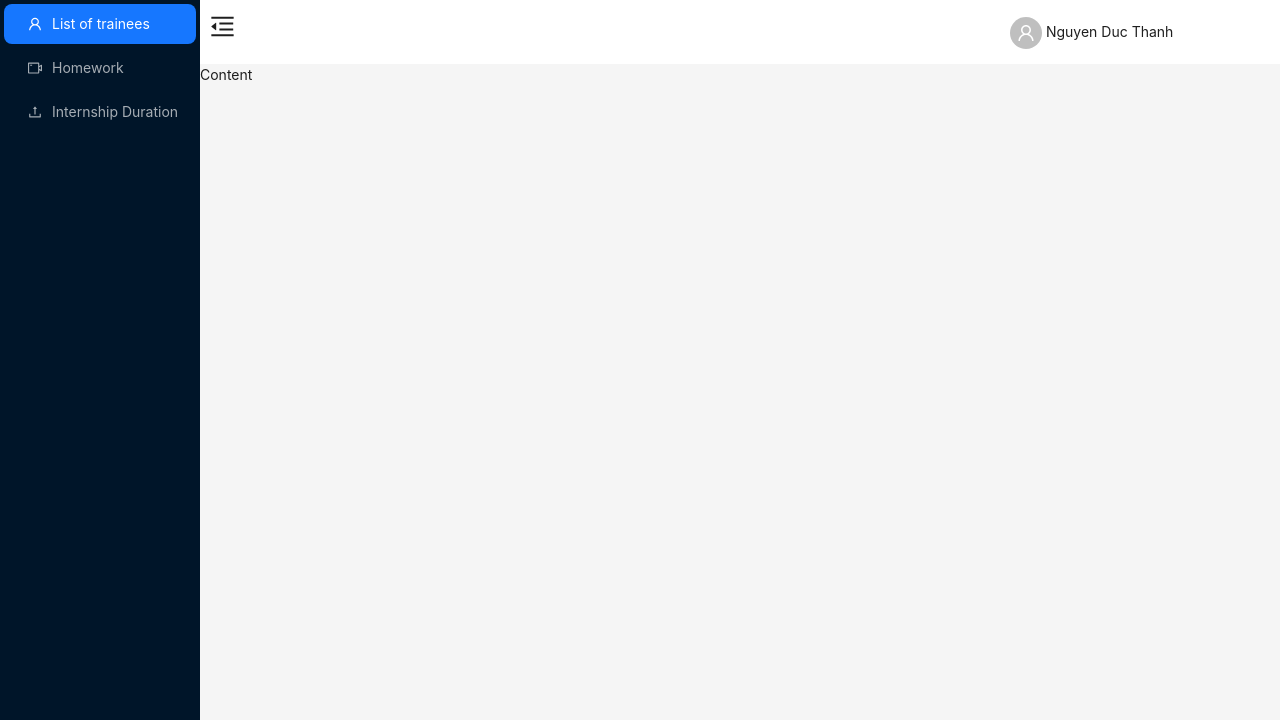
Repository: Ducbii4202/Inter-Management
Page: / (app in managament-system/)
An editor plug-in stored every save of this project. The page is shown before and after the next save, followed by the edit.
The browser window is 1280 px wide. The pictures show the whole page.
The project was rebuilt for these pictures with package versions that can differ from the ones it lists, and the page was loaded fresh each time. Also part of the build but not shown: managament-system/vite.config.js.

Above is the page before, as saved 2023-12-26 01:40:17.

After the next save:
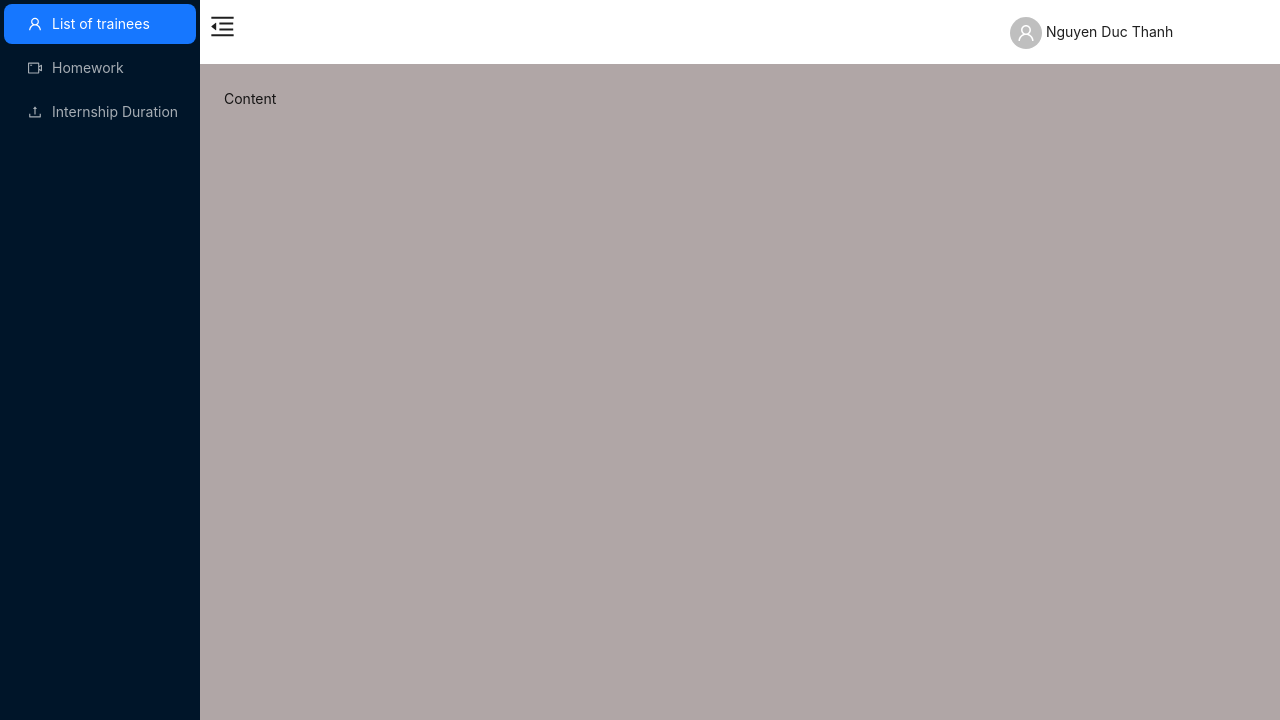
Saved 106 s later.
--- a/managament-system/src/component/DashboardPage.css
+++ b/managament-system/src/component/DashboardPage.css
@@ -10,3 +10,9 @@
   height: 25px !important;
   margin: 10px !important;
 }
+.Title {
+  margin: "24px 16px";
+  padding: 24px;
+  min-height: 280px;
+  background: #b0a6a6;
+}
